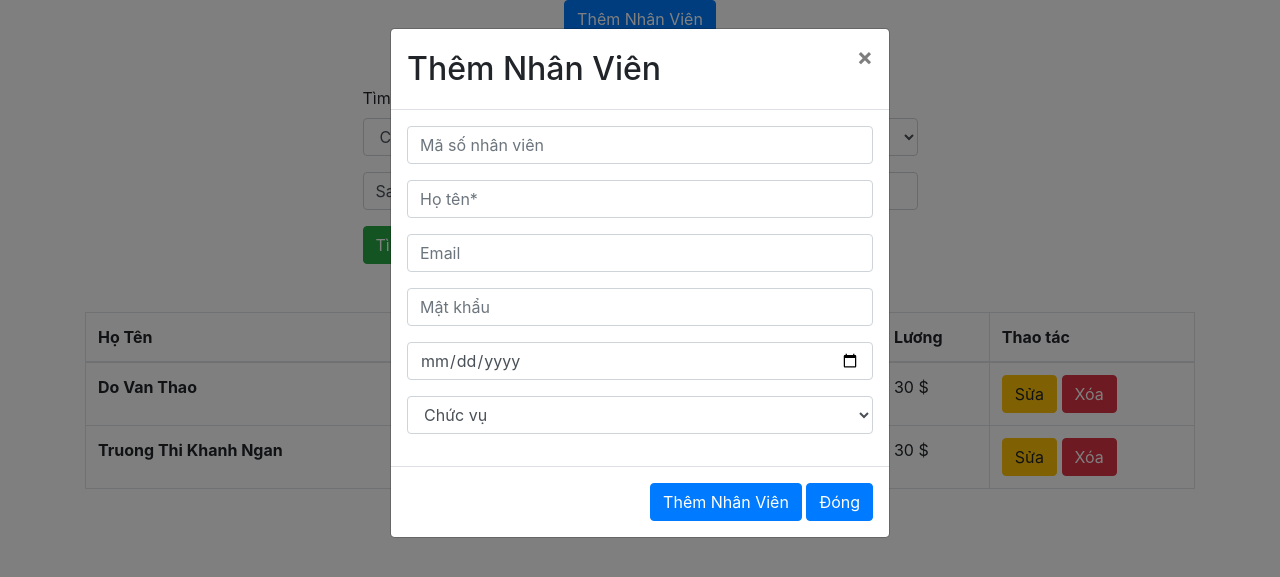
Repository: dovanthao2404/quanlynhanvien
Page: index.html
These files come from the project's save history. The page is drawn as it stood at one moment and after a run of saves; the edit follows.
The browser window is 1280 px wide. The pictures show the whole page.
Empty fields were first filled with sample values (such as "Sample", 5 or name@example.com).
After loading, the first visible `#goiModal` was clicked once.

Above is the page before, as saved 2021-06-30 01:37:41.

### index.html
<!DOCTYPE html>
<html lang="en">

<head>
  <meta charset="UTF-8">
  <meta http-equiv="X-UA-Compatible" content="IE=edge">
  <meta name="viewport" content="width=device-width, initial-scale=1.0">
  <title>Quan Ly Nhan Vien</title>
  <!-- BOOTSTRAP  -->
  <link rel="stylesheet" href="https://cdn.jsdelivr.net/npm/bootstrap@4.6.0/dist/css/bootstrap.min.css"
    integrity="sha384-B0vP5xmATw1+K9KRQjQERJvTumQW0nPEzvF6L/Z6nronJ3oUOFUFpCjEUQouq2+l" crossorigin="anonymous">
  <!-- MAIN CSS -->
  <link rel="stylesheet" href="./css/style.css">
</head>

<body>
  <!-- Button trigger modal -->
  <button id="goiModal" type="button" class="btn btn-primary mx-auto d-block" data-toggle="modal"
    data-target="#exampleModal">
    Thêm Nhân Viên
  </button>

  <!-- Modal -->
  <div class="main">
    <div class="modal fade" id="exampleModal" tabindex="-1" aria-labelledby="exampleModalLabel" aria-hidden="true">
      <div class="modal-dialog">
        <div class="modal-content">
          <div class="modal-header">
            <h2 id="header-title" class="modal-title">Quản lý nhân viên</h2>
            <button type="button" class="close" data-dismiss="modal" aria-label="Close">
              <span aria-hidden="true">&times;</span>
            </button>
          </div>
          <div class="modal-body">
            <div class="form-group">
              <input type="text" class="form-control" id="msnv" placeholder="Mã số nhân viên">
              <span id="thongBaoMNV" class="sp-thongbao text-danger"></span>
            </div>
            <div class="form-group">
              <input type="text" class="form-control" id="hoTen" placeholder="Họ tên*">
              <span id="thongBaoHo" class="sp-thongbao text-danger"></span>
            </div>
            <div class="form-group">
              <input type="text" class="form-control" id="email" placeholder="Email">
              <span id="thongBaoMNV" class="sp-thongbao text-danger"></span>
            </div>
            <div class="form-group">
              <input type="password" class="form-control" id="matKhau" placeholder="Mật khẩu">
              <span id="thongBaoMNV" class="sp-thongbao text-danger"></span>

            </div>
            <div class="form-group">
              <input type="date" class="form-control" id="ngayLam">
              <span id="thongBaoNgayLam" class="sp-thongbao text-danger"></span>

            </div>
            <div class="form-group">
              <select id="chucVu" class="form-control">
                <option selected>Chức vụ</option>
                <option>Sếp</option>
                <option>Trưởng Phòng</option>
                <option>Nhân Viên</option>
              </select>
              <span id="thongBaoChucVu" class="sp-thongbao text-danger"></span>

            </div>

          </div>
          <div class="modal-footer">
            <div class="form-group">

              <button class="btn btn-primary" type="button" id="btnThemNhanVien" data-dismiss="modal">Thêm Nhân
                Viên</button>
              <button class="btn btn-primary" type="button" id="btnCapNhat" data-dismiss="modal">Cập nhật</button>
              <button class="btn btn-primary" type="button" id="btnDong" data-dismiss="modal">Đóng</button>
            </div>

          </div>
        </div>
      </div>
    </div>
    <div class="search-staff my-5">
      <div class="container">
        <div class="add-staff__content w-50 mx-auto">
          <div class="form-group">
            <label for="">Tìm nhân viên</label>
            <select id="" class="form-control">
              <option selected>Chọn</option>
              <option>Theo Tên</option>
              <option>Theo mã</option>
            </select>
            <span class="sp-thongbao text-danger"></span>
          </div>
          <div class="form-group">
            <input class="form-control" type="text" placeholder="Nhập từ khóa">
          </div>
          <div class="form-group">
            <input class="btn btn-success" type="button" value="Tìm ngay">
          </div>
        </div>
      </div>
    </div>
  </div>

  <div class="list-staff">
    <div class="container">
      <div id="list-staff__content">
        <table id="danhSachNhanVien" class="table table-bordered">
          <thead>
            <tr>
              <th scope="col">Họ Tên</th>
              <th scope="col">MSNV</th>
              <th scope="col">Ngày Làm</th>
              <th scope="col">Chức vụ</th>
              <th scope="col">Lương</th>
              <th scope="col">Thao tác</th>
            </tr>
          </thead>
          <tboby>
            <tr>
              <th scope="row">a</th>
              <td>Jacob</td>
              <td>Thornton</td>
              <td>@fat</td>
              <td>Jacob</td>
              <td>
                <button class="btn btn-warning" id="sua">Sửa</button>
                <button class="btn btn-danger" id="xoa">Xóa</button>
              </td>
            </tr>
          </tboby>
        </table>
      </div>
    </div>
  </div>
  <!-- BOOSTRAP -->
  <script src="https://code.jquery.com/jquery-3.5.1.slim.min.js"
    integrity="sha384-DfXdz2htPH0lsSSs5nCTpuj/zy4C+OGpamoFVy38MVBnE+IbbVYUew+OrCXaRkfj"
    crossorigin="anonymous"></script>
  <script src="https://cdn.jsdelivr.net/npm/bootstrap@4.6.0/dist/js/bootstrap.bundle.min.js"
    integrity="sha384-Piv4xVNRyMGpqkS2by6br4gNJ7DXjqk09RmUpJ8jgGtD7zP9yug3goQfGII0yAns"
    crossorigin="anonymous"></script>
  <script src="./js/NhanVien.js"></script>
  <script src="js/CongTy.js"></script>
  <script src="js/main.js"></script>
</body>

</html>

### js/NhanVien.js
class NhanVien {

  constructor(maNV, hoTen, email, matKhau, ngayLamViec, chucVu) {
    this.maNV = maNV;
    this.hoTen = hoTen;
    this.email = email;
    this.matKhau = matKhau;
    this.ngayLamViec = ngayLamViec;
    this.chucVu = chucVu;
    this.mangDoiChieu = [this.maNV, this.hoTen, this.email
      , this.matKhau, this.ngayLamViec, this.chucVu];
  }
}

### js/CongTy.js
class CongTy {
  constructor() {
    this.DanhSachNhanVien = [];
  }
  // Phương thức thêm nhân viên mới vào mảng (thuộc tính) DanhSachNhanVien
  ThemNhanVien(nhanVienMoi) {
    this.DanhSachNhanVien = [...this.DanhSachNhanVien, nhanVienMoi];
  }

  // Phước thức tìm nhân viên theo mã nhân viên, trả về vị trí nhân viên trong mảng DanhSachNhanVien
  TimViTriNhanVien(maNV) {
    // return this.DanhSachNhanVien.find(nhanVien => nhanVien.maNV === maNV)
    for (let viTri in this.DanhSachNhanVien) {
      if (this.DanhSachNhanVien[viTri].maNV === maNV) {
        return viTri;
      }
    }
    return -1;
  }

  // Tìm nhân viên theo mã trả về nhân viên
  TimNhanVienTheoMa(maNV) {
    let viTri = this.TimViTriNhanVien(maNV);
    if (viTri != -1) {
      return this.DanhSachNhanVien[viTri];
    } else {
    }
  }

  // Xóa nhân viên theo mã
  XoaNhanVien(maNV) {
    let viTri = this.TimViTriNhanVien(maNV);
    if (viTri != -1) {
      this.DanhSachNhanVien.splice(viTri, 1);
    } else {
    }
  }

  // Sửa nhân viên
  SuaNhanVien(nhanVien) {
    let viTri = this.TimViTriNhanVien(nhanVien.maNV);
    this.DanhSachNhanVien[viTri] = nhanVien;
  }

  // Tìm nhân viên theo tên --> trả về danh sách nhân viên
  TimNhanVienTheoTen(hoTen) {
    let dskq = new CongTy();
    hoTen = hoTen.trim().toUpperCase();
    for (let nhanVien of this.DanhSachNhanVien) {
      let hoTenNV = nhanVien.hoTen.trim().toUpperCase();
      if (hoTenNV.search(hoTen) !== -1) {
        dskq.ThemNhanVien(nhanVien);
      }
    }
    return dskq;
  }
}

### js/main.js
function getEle(ele) {
  return document.getElementById(ele);
}

var congTy = new CongTy();
var nhanVienMoi = new NhanVien('1', "Do Van Thao", 'abc@gmail.com', 'truongthikhanhngan', 'ngayLamViec', 'Sep');
congTy.ThemNhanVien(nhanVienMoi);
nhanVienMoi = new NhanVien('2', "Truong Thi Khanh Ngan", 'abc@gmail.com', 'truongthikhanhngan', 'ngayLamViec', 'Truong Phong');
congTy.ThemNhanVien(nhanVienMoi);

// Ham goi modal popup: Them Nhan Vien or Sua thong tin nhan vien
GoiModal = (modal_title, readonly = false, type = 1) => {
  // type = 1: them nhan vien, type = 2: sua thong tin
  getEle('header-title').innerHTML = modal_title;
  getEle('msnv').readonly = readonly;
  console.log(getEle('msnv').readonly);
  switch (type) {
    case 1: //Them nhanVien
      getEle("btnThemNhanVien").style.display = "inline-block";
      getEle("btnCapNhat").style.display = "none";
      getEle("btnDong").style.display = "inline-block";
      break;

    case 2:
      getEle("btnCapNhat").style.display = "inline-block";
      getEle("btnThemNhanVien").style.display = "none";
      getEle("btnDong").style.display = "inline-block";
      break;
  }
}

getEle('goiModal').addEventListener('click', function () {
  GoiModal("Thêm Nhân Viên");
})


// Reset form
XoaForm = () => {
  let elements = document.getElementsByTagName('input');
  for (let element of elements) {
    element.value = '';
  }
  document.getElementById('chucVu').selectedIndex = 0;
}

HienThiDanhSach = (dsnv) => {
  var tbody = document.querySelector('table tbody');
  var htmls = '';
  let soNV = dsnv.length;
  for (let i = 0; i < soNV; i++) {
    htmls += `<tr>
          <th scope="row">${dsnv[i].hoTen}</th>
          <td>${dsnv[i].maNV}</td>
          <td>${dsnv[i].ngayLamViec}</td>
          <td>${dsnv[i].chucVu}</td>
          <td>30 $</td>
          <td>
            <button class="btn btn-warning" id="sua-${dsnv[i].maNV}" data-toggle="modal"
            data-target="#exampleModal">Sửa</button>
            <button class="btn btn-danger" id="xoa">Xóa</button>
          </td>
        </tr>`
  }
  tbody.innerHTML = htmls;
}
HienThiDanhSach(congTy.DanhSachNhanVien);


// Thêm nhân viên

getEle('btnThemNhanVien').addEventListener('click', function () {
  let ma = getEle('msnv').value;
  let hoTen = getEle('hoTen').value;
  let email = getEle('email').value;
  let matKhau = getEle('matKhau').value;
  let ngayLam = getEle('ngayLam').value;
  let chucVu = getEle('chucVu').value;
  let nv = new NhanVien(ma, hoTen, email, matKhau, ngayLam, chucVu);
  congTy.ThemNhanVien(nv);
  HienThiDanhSach(congTy.DanhSachNhanVien);
})


// Sửa nhân viên
function SuaNhanVien(dsnv) {
  let soNV = dsnv.length;
  for (let i = 0; i < soNV; i++) {
    getEle(`sua-${dsnv[i].maNV}`).addEventListener('click', function () {
      GoiModal("Sửa Nhân Viên", true, 2);
    })
  }
}
SuaNhanVien(congTy.DanhSachNhanVien);

Loaded but not shown: css/style.css (common file)

After the next 2 saves:
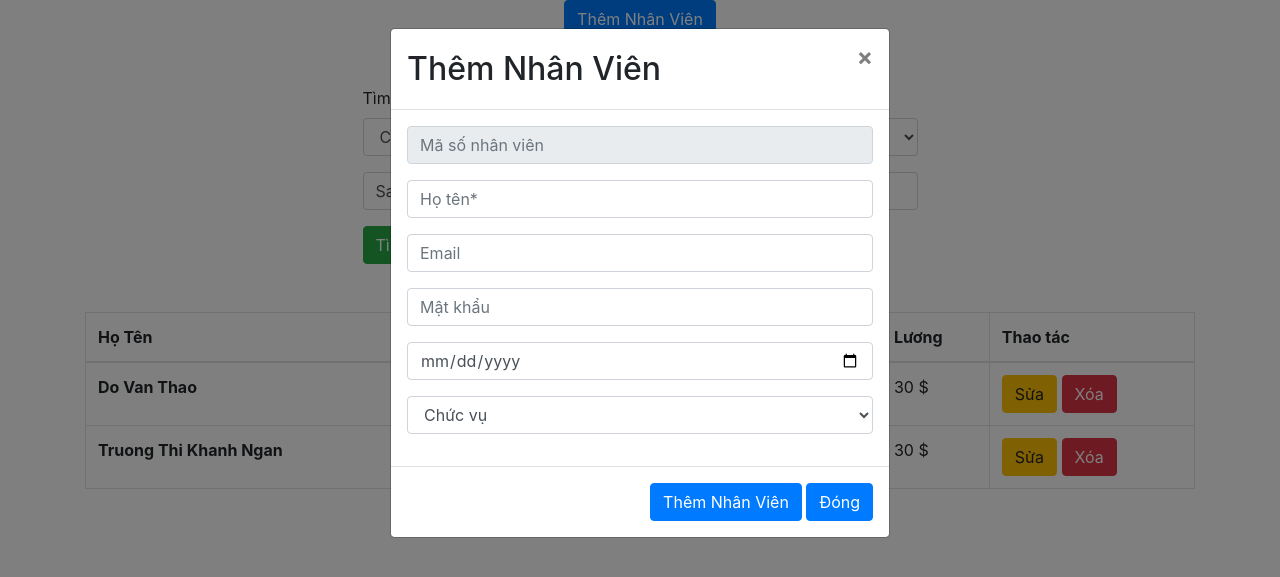
The 2 saves are shown as one change because they came seconds apart.
The last was saved 46 s later.
--- a/js/main.js
+++ b/js/main.js
@@ -12,8 +12,7 @@
 GoiModal = (modal_title, readonly = false, type = 1) => {
   // type = 1: them nhan vien, type = 2: sua thong tin
   getEle('header-title').innerHTML = modal_title;
-  getEle('msnv').readonly = readonly;
-  console.log(getEle('msnv').readonly);
+  getEle('msnv').setAttribute('readonly');
   switch (type) {
     case 1: //Them nhanVien
       getEle("btnThemNhanVien").style.display = "inline-block";

After the save that followed:
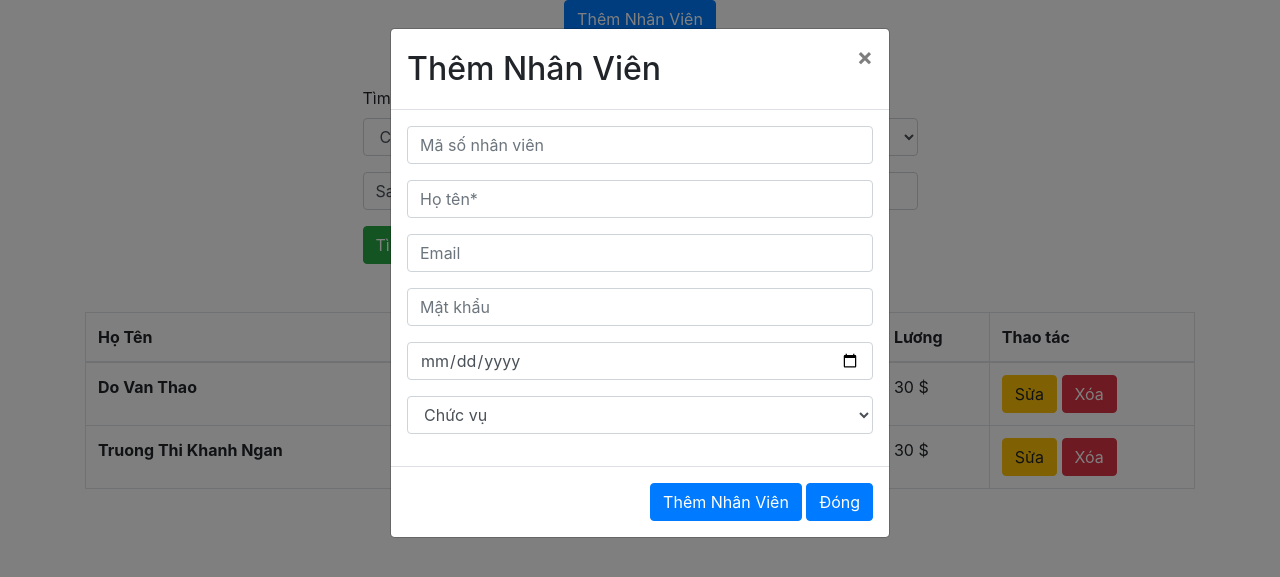
Saved 9 s later.
--- a/js/main.js
+++ b/js/main.js
@@ -12,7 +12,6 @@
 GoiModal = (modal_title, readonly = false, type = 1) => {
   // type = 1: them nhan vien, type = 2: sua thong tin
   getEle('header-title').innerHTML = modal_title;
-  getEle('msnv').setAttribute('readonly');
   switch (type) {
     case 1: //Them nhanVien
       getEle("btnThemNhanVien").style.display = "inline-block";
@@ -24,6 +23,7 @@
       getEle("btnCapNhat").style.display = "inline-block";
       getEle("btnThemNhanVien").style.display = "none";
       getEle("btnDong").style.display = "inline-block";
+      getEle('msnv').setAttribute('readonly');
       break;
   }
 }
